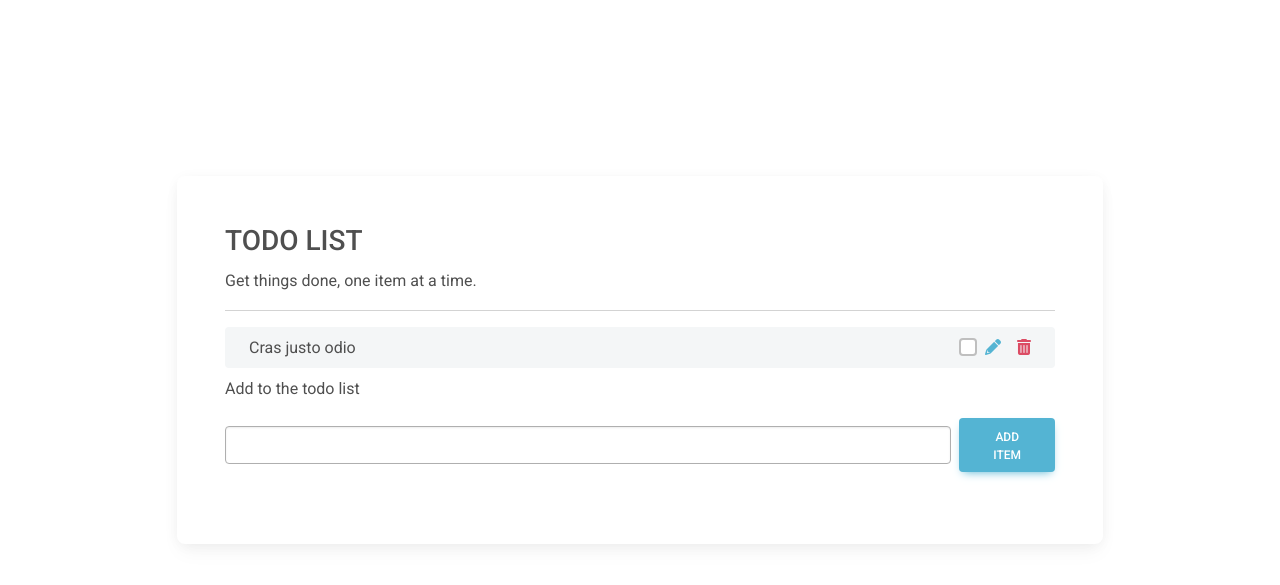
Repository: TinhTT336/MD02_HACKATHON01_HN_JV230620_BS_TranThiTinh_Basic
Page: /
An editor plug-in stored every save of this project. The page is shown before and after the next save, followed by the edit.
The browser window is 1280 px wide. The pictures show the whole page.
Some web libraries are served in a nearby version. The project was rebuilt for these pictures with package versions that can differ from the ones it lists, and the page was loaded fresh each time. Also part of the build but not shown: vite.config.js, src/App.css, src/index.css.

Above is the page before, as saved 2023-09-05 10:36:43.

After the next save:
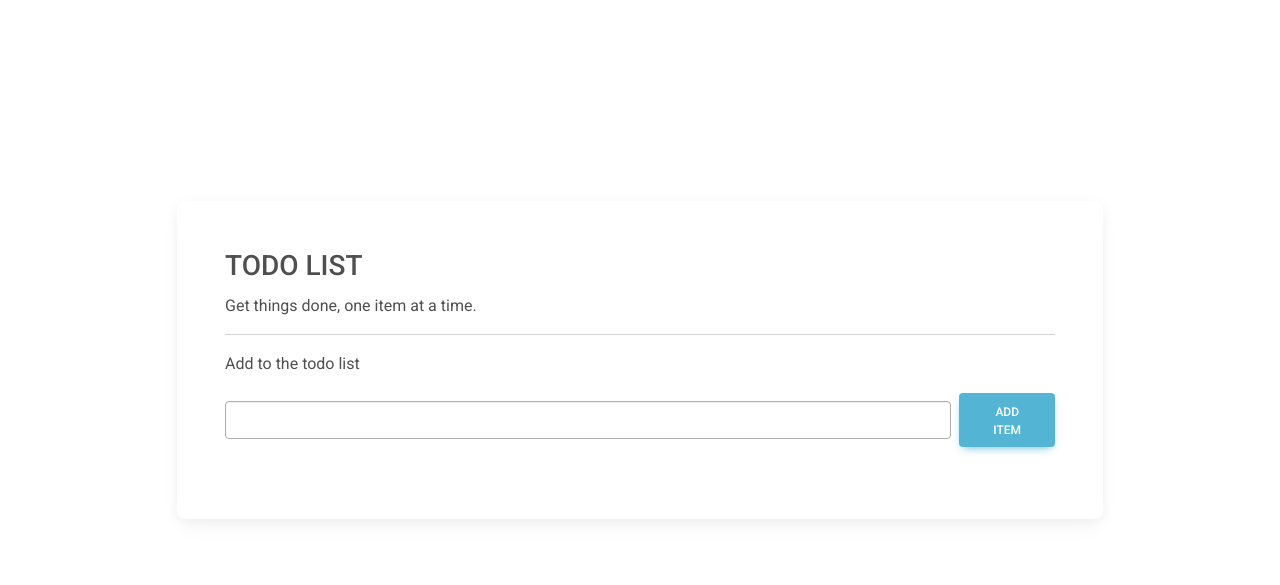
Saved 64 s later.
--- a/src/TodoList/todoList.jsx
+++ b/src/TodoList/todoList.jsx
@@ -39,39 +39,39 @@ export default function TodoList() {
                                     <div className="tab-content">
                                         <div className="tab-pane fade show active">
                                             <ul className="list-group mb-0">
-                                                <li
-                                                    className="list-group-item d-flex
+                                                {todos.map(t => (
+                                                    <li
+                                                        className="list-group-item d-flex
                                           align-items-center border-0 mb-2
                                           rounded justify-content-between"
-                                                    style={{ backgroundColor: "#f4f6f7" }}
-                                                >
-
-                                                    <span>Cras justo odio</span>
-                                                    <div>
-                                                        <input
-                                                            className="form-check-input
+                                                        style={{ backgroundColor: "#f4f6f7" }}
+                                                    >
+                                                        <span>{t.title}</span>
+                                                        <div>
+                                                            <input
+                                                                className="form-check-input
                                                   me-2"
-                                                            type="checkbox"
-                                                        />
-                                                        <a className="text-info" title="Sửa công việc">
-                                                            <i
-                                                                className="fas
+                                                                type="checkbox"
+                                                            />
+                                                            <a className="text-info" title="Sửa công việc">
+                                                                <i
+                                                                    className="fas
                                                       fa-pencil-alt
                                                       me-3"
-                                                            />
-                                                        </a>
-                                                        <a
-                                                            href="#!"
-                                                            className="text-danger"
-                                                            title="Xóa công việc"
-                                                        >
-                                                            <i
-                                                                className="fas
+                                                                />
+                                                            </a>
+                                                            <a
+                                                                className="text-danger"
+                                                                title="Xóa công việc"
+                                                            >
+                                                                <i
+                                                                    className="fas
                                                       fa-trash-alt"
-                                                            />
-                                                        </a>
-                                                    </div>
-                                                </li>
+                                                                />
+                                                            </a>
+                                                        </div>
+                                                    </li>
+                                                ))}
                                             </ul>
                                             <div className="tab-content">
                                                 <p>Add to the todo list</p>
